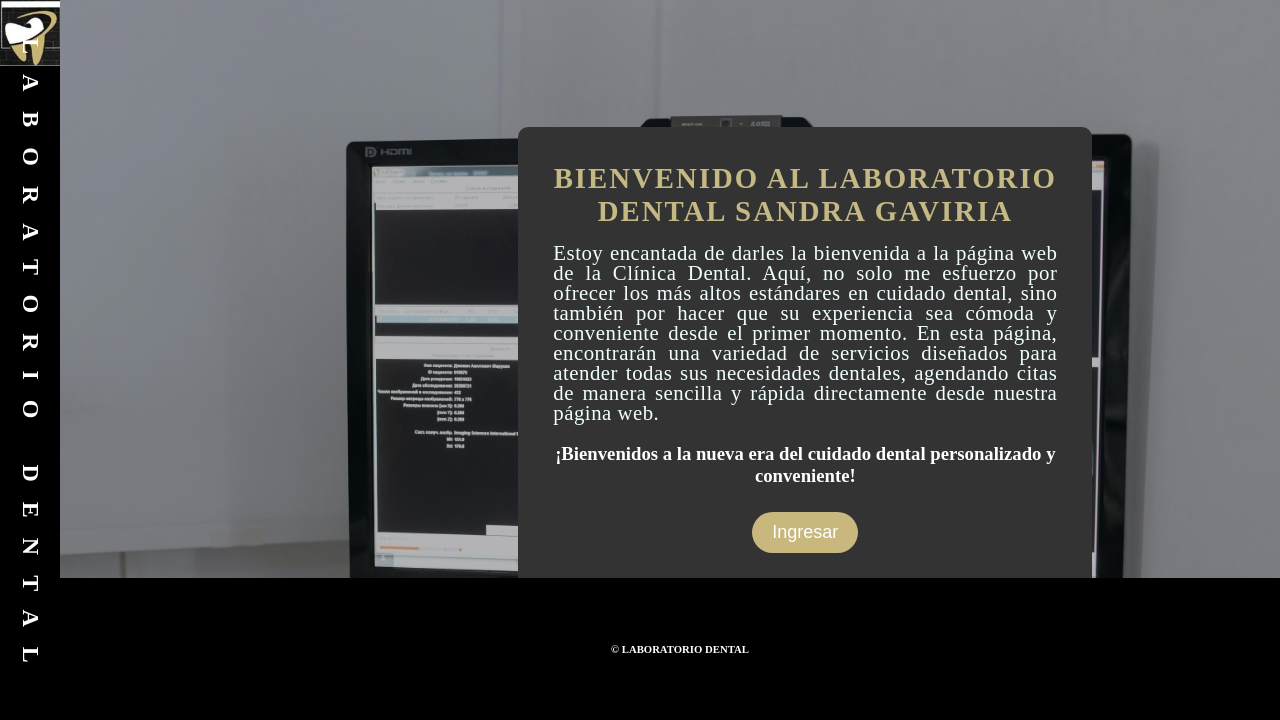
Repository: IIntef/ProyectoDental2.0
Page: Proyecto/Proyecto/Fer.html
The author's editor kept a copy of each file at every save. The page is drawn from the files as they stood at one save, then again after the next save.
The browser window is 1280 px wide. The pictures show the whole page.

Above is the page before, as saved 2024-06-18 14:31:30.

After the next save:
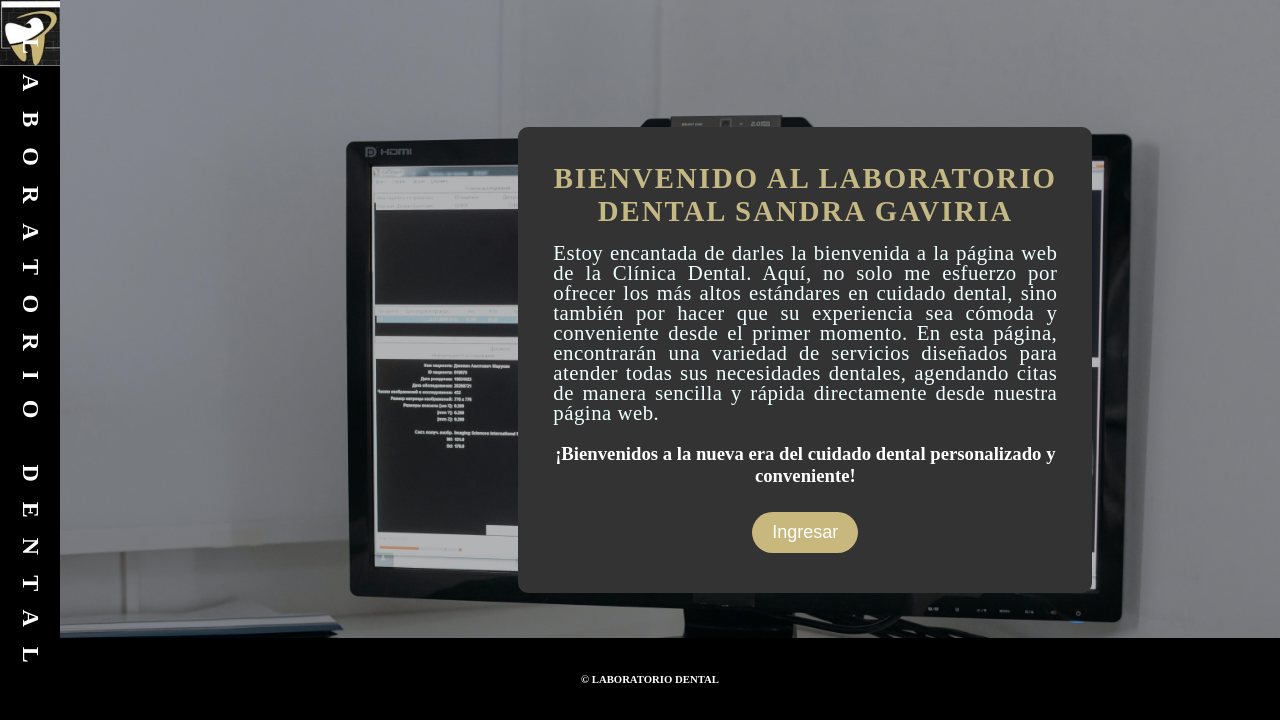
Saved 11 s later.
--- a/Proyecto/Proyecto/StyleFer.css
+++ b/Proyecto/Proyecto/StyleFer.css
@@ -120,7 +120,7 @@ footer{
     left: 0; /* Alinearlo a la izquierda */
     width: 100%; /* Ocupar todo el ancho */
     background-color: #000000; /* Color de fondo */
-    padding: 40px; /* Espaciado interior */
+    padding: 10px; /* Espaciado interior */
     text-align: right; /* Alinear contenido a la derecha */
     color: #ffffff; /* Color del texto */
 }
